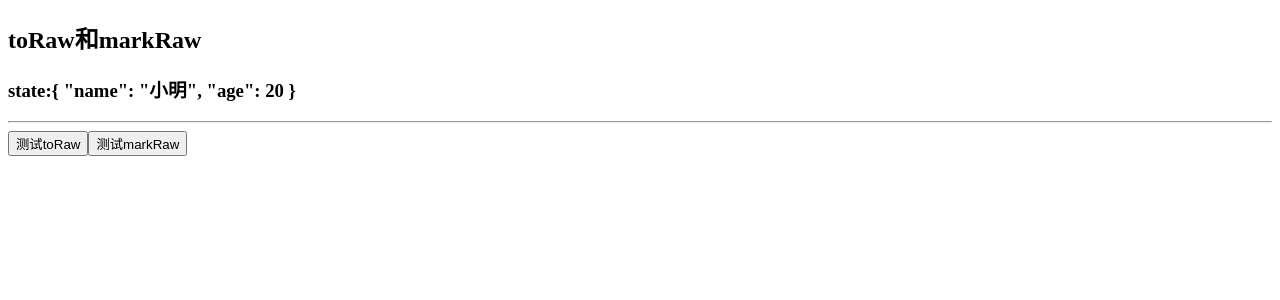
Repository: zhuhongxiang/Vue3.0-TSLeaning
Page: / (app in 04_Vue3/vue3_learning/)
These files come from the project's save history. The page is drawn as it stood at one moment and after the next save; the edit follows.
The browser window is 1280 px wide. The pictures show the whole page.
The project was rebuilt for these pictures with package versions that can differ from the ones it lists, and the page was loaded fresh each time.

Above is the page before, as saved 2021-07-27 11:02:44.

After the next save:
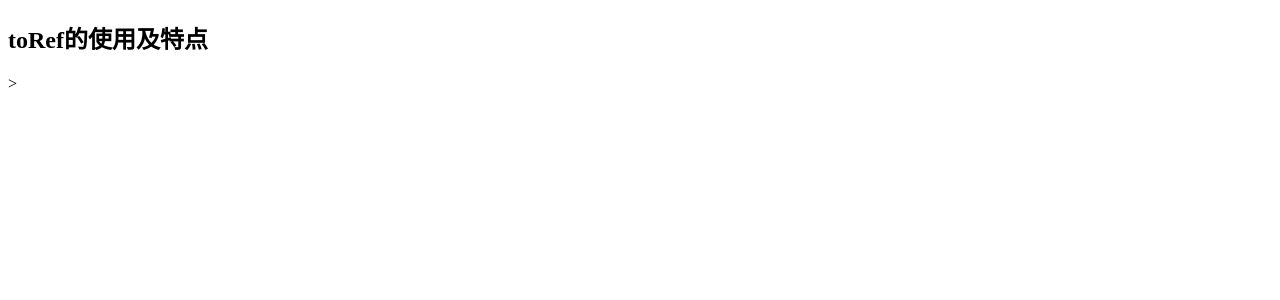
Saved 13 min 36 s later.
--- a/04_Vue3/vue3_learning/src/App.vue
+++ b/04_Vue3/vue3_learning/src/App.vue
@@ -1,51 +1,32 @@
 <template>
-  <h2>toRaw和markRaw</h2>
-  <h3>state:{{ state }}</h3>
-  <hr />
-  <button @click="testToRaw">测试toRaw</button>
-  <button @click="testMarkRaw">测试markRaw</button>
+  <h2>toRef的使用及特点</h2>
+  >
 </template>
 
 <script lang='ts'>
-import { defineComponent, reactive, toRaw, markRaw } from "vue";
-interface UserInfo {
-  name: string;
-  age: number;
-  likes?: string[];
-}
+import { defineComponent, reactive, ref, toRef } from "vue";
 export default defineComponent({
   name: "App",
   props: {},
   components: {},
   setup() {
-    const state = reactive<UserInfo>({
-      name: "小明",
-      age: 20,
+    const state = reactive({
+      age: 5,
+      money: 100,
     });
-    const testToRaw = () => {
-      // 把代理对象变成了普通对象，数据变化，界面不变化
-      const user = toRaw(state);
-      user.name += "==";
-      console.log("hh");
-    };
-    const testMarkRaw = () => {
-      // state.likes = ["吃", "喝"];
-      // console.log("lll");
-      const likes = ["吃", "喝"];
-      // markRaw标记的对象数据，从此以后都不能再成为代理对象了
-      state.likes = markRaw(likes);
-      setInterval(() => {
-        if (state.likes) {
-          state.likes[0] += "==";
-          console.log("定时器走起来");
-        }
-      }, 1000);
+    // 把响应式数据state对象中的某个属性age变成了ref对象了
+    const age = toRef(state, "age");
+    // 把响应式对象中的某个属性使用ref进行包装，变成了一个ref对象
+    const money = ref(state.money);
+    const update = () => {
+      console.log("好好");
     };
 
     return {
       state,
-      testToRaw,
-      testMarkRaw,
+      age,
+      money,
+      update,
     };
   },
 });
